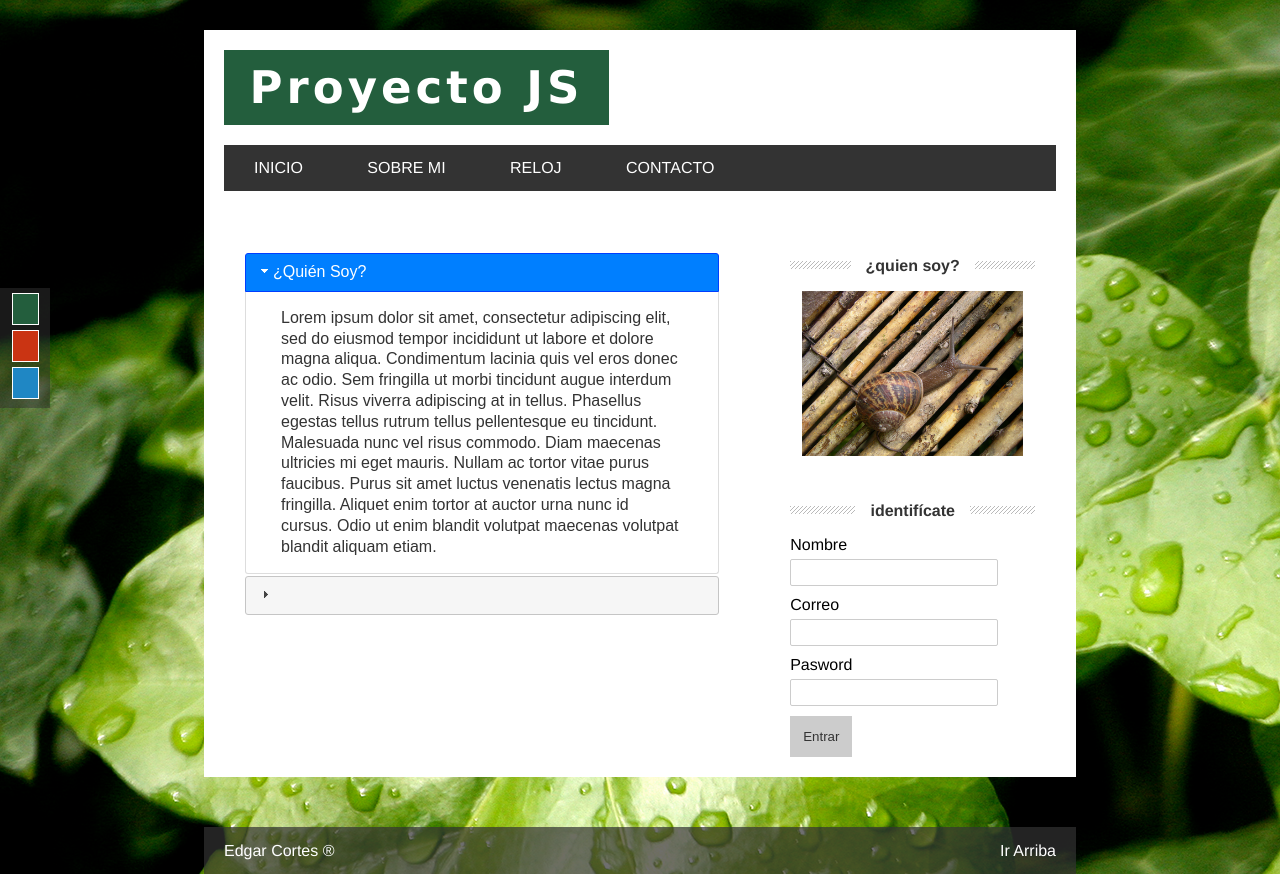
Repository: eucortes/demopage
Page: javascript/Proyecto/About.html
An editor plug-in stored every save of this project. The page is shown before and after the next save, followed by the edit.
The browser window is 1280 px wide. The pictures show the whole page.
Backgrounds fixed to the window are drawn as part of the page. Some web libraries are served in a nearby version.

Above is the page before, as saved 2019-09-24 18:38:11.

### javascript/Proyecto/About.html
<!DOCTYPE html>
<html lang="es">

<head>
    <meta charset="UTF-8">
    <meta name="viewport" content="width=device-width, initial-scale=1.0">
    <meta http-equiv="X-UA-Compatible" content="ie=edge">
    <!--
    <meta charset="ISO-8859-1">
         <meta http-equiv="Content-Type" content="text/html;charset=UTF-8" />
        <meta http-equiv="Content-Language" content="es" />
  -->
    <title>Proyecto con Javascript</title>
    <!--Estilos CSS-->
    <link rel="stylesheet" href="css/styles.css">
    <link rel="stylesheet" href="css/styles-about.css">
    <link id="theme" rel="stylesheet" href="css/green.css">
    <!--JQuery-->
    <script src="https://ajax.googleapis.com/ajax/libs/jquery/3.1.1/jquery.min.js"></script>

    <!--JQuery UI-->
    <link rel="stylesheet" href="js/jquery-ui/jquery-ui.min.css" />
    <link rel="stylesheet" href="js/jquery-ui/jquery-ui.structure.min.css" />
    <link rel="stylesheet" href="js/jquery-ui/jquery-ui.theme.min.css" />

    <script type="text/javascript" src="js/jquery-ui/jquery-ui.min.js"></script>




    <!--Mis Scripts-->
    <script type="text/javascript" src="js/about.js"></script>
</head>

<body>
    <div id='theme-selector'>
        <div id='to-green'></div>
        <div id='to-red'></div>
        <div id='to-blue'></div>
    </div>
    <section id='global'>
        <header>
            <div id='logo'>
                <h1>Proyecto JS</h1>
            </div>
            <div class='clearfix'></div>
            <nav id='menu'>
                <ul>
                    <li><a href="index.html">Inicio</a></li>
                    <li><a href="about.html">Sobre Mi</a></li>
                    <li><a href="#">Reloj</a></li>
                    <li><a href="#">Contacto</a></li>
                </ul>
            </nav>
        </header>
        <!--
    slider
-->

        <section id='content'>
            <div id='box'>
                <!--Cargar acordeon-->
                <div id='acordeon'>
                    <h3>¿Quién Soy?</h3>
                    <div>
                        <p>
                            Lorem ipsum dolor sit amet, consectetur adipiscing elit, sed do eiusmod tempor incididunt ut
                            labore et dolore magna
                            aliqua. Condimentum lacinia quis vel eros donec ac odio. Sem fringilla ut morbi tincidunt
                            augue interdum velit. Risus
                            viverra adipiscing at in tellus. Phasellus egestas tellus rutrum tellus pellentesque eu
                            tincidunt. Malesuada nunc vel
                            risus commodo. Diam maecenas ultricies mi eget mauris. Nullam ac tortor vitae purus
                            faucibus. Purus sit amet luctus
                            venenatis lectus magna fringilla. Aliquet enim tortor at auctor urna nunc id cursus. Odio ut
                            enim blandit volutpat
                            maecenas volutpat blandit aliquam etiam.
                        </p>
                    </div>
                    <h3></h3>
                    <h3></h3>

                </div>
            </div>
            <aside id='sidebar'>
                <div id='about'>
                    <h4><span>¿quien soy?</span></h4>
                    <img src="img/caracol.jpg" />
                    <p>Aliquam sem et tortor consequat id porta nibh venenatis. Neque volutpat ac tincidunt vitae
                        semper
                    </p>
                </div>
                <div id='login'>
                    <h4><span>identifícate</span></h4>
                    <form action="">
                        <label for='name'>Nombre</label>
                        <input type="text" name="name" id='form_name'>
                        <label for='email'>Correo</label>
                        <input type="text" name="email" id='form_email'>
                        <label for='password'>Pasword</label>
                        <input type="password" name="password" id='form_password'>
                        <input type="submit" value="Entrar" id='boton_entrar'>
                    </form>
                </div>
            </aside>
            <div class='clearfix'></div>
        </section>
    </section>
    <footer>
        Edgar Cortes ®
        <a href="#" class="subir">Ir Arriba</a>
    </footer>
</body>

</html>

### javascript/Proyecto/css/styles.css
* {
    margin: 0px;
    padding: 0px;
    list-style: none;
}

body {
    background: url('../img/hojas.jpg');
    background-attachment: fixed;
}

#global {
    width: 65%;
    margin: 0px auto;
    margin-top: 30px;
    padding: 20px;
    background: white;
    box-shadow: 0px, 0px, 2px, gray
}

#logo {
    font-family: "Verdana", "Arial";
    font-size: 30px;
    letter-spacing: 4px;
    line-height: 75px;
    background: #235e3d;
    color: white;
    text-align: center;
    width: 385px;
    height: 90;
    float: left;
    margin-bottom: 20px;
}

.clearfix {
    float: none;
    clear: both;
}

#menu {
    font-family: Helvetica, Arial, sans-serif;
    background: #333;
    text-transform: uppercase;
    margin-bottom: 20px;
}

#menu ul {
    line-height: 46px;
    list-style: none;
}

#menu ul li {
    height: 46px;
    display: inline-block;
    transition: all 300ms;
}

#menu ul li:hover {
    background: #235e3d;

}

#menu a {
    display: block;
    color: white;
    text-decoration: none;
    padding-left: 30px;
    padding-right: 30px;
}

#content {
    width: 95%;
    margin: 0px auto;
}

#posts {
    width: 60%;
    float: left;
    font-family: Helvetica, Arial, sans-serif
}

.post {
    padding: 7px;
}

.post h2 {
    font-size: 30;
    color: #333;

}

.post .fecha {
    display: block;
    color: gray;
    margin-top: 5px;
}

.post p {
    margin-top: 10px;
    margin-bottom: 20px;
    line-height: 22px;
    text-align: justify;
}

.button-more {
    font-size: 14px;
    text-align: center;
    display: block;
    padding: 15px;
    background: #235e3d;
    color: white;
    text-decoration: none;
    margin-top: 10px;
    width: 75px;
    margin-bottom: 20px;

}

#sidebar {
    font-family: Helvetica, Arial, sans-serif;
    width: 31%;
    float: right;

}

#sidebar h4 {
    margin-top: 50px;
    margin-bottom: 20px;
    text-align: center;
    line-height: 10px;
    color: #333;
    background: url("../img/lines.png") repeat-x;
}

#sidebar h4 span {
    background: white;
    padding: 15px;
}

#sidebar img {
    width: 90%;
    display: block;
    margin-left: auto;
    margin-right: auto;
}

#sidebar p {
    font-size: 15px;
    text-align: justify;
}
form input[type='text'],
form input[type='password'],
form input[type='email']{
    padding: 5px;
    border-radius: 2px;
    border: 1px solid #ccc;
    width: 80%;
    margin-bottom: 10px;
    margin-top: 5px;
}
form input[type='submit']{
    background: #ccc;
    padding: 10px;
    border: solid #ccc;
    color: #333;
    cursor: pointer;
}
footer{
    font-family: Helvetica, Arial, sans-serif;
    color: white;
    height: 47px;
    background: rgba(51,51,51,0.70);
    margin: 0px auto;
    width: 65%;
    padding-left: 20px;
    padding-right: 20px;
    margin-top: 50px;
    line-height: 47px;
}
.bx-wrapper, .bx-viewport{
    height: 250px !important;

}
#theme-selector{
    position: fixed;
    top:40%;
    background: rgba(51,51,51,0.5);
    width:50px;
    height: 120px;
}
#to-green,
#to-red,
#to-blue{
    width: 25px;
    height: 30px;
    border: 1px solid white;
    display: block;
   margin: 0px auto;
   margin-top: 5px;
   margin-bottom: 5px;
   cursor: pointer;
}
#to-green{
    background: #235e3d;
}
#to-red{
    background: #ca3413;
}#to-blue{
    background: #1f87c4;
}
.subir{
    color: white;
    text-decoration: none;
    display: block;
    float: right;

}

### javascript/Proyecto/css/styles-about.css
#box{
    width: 60%;
    float: left;
    margin-top: 40px;
}

### javascript/Proyecto/css/green.css
body {
    background: url('../img/hojas.jpg');
    background-attachment: fixed;
}

#logo {
    background: #235e3d;
}
#menu ul li:hover {
    background: #235e3d;
}

.button-more {
    background: #235e3d;
}

### javascript/Proyecto/js/about.js
$(document).ready(function () {

    //selector de tema
    let theme = $("#theme")

    $("#to-green").click(function () {
        theme.attr("href", "css/green.css")
    })
    $("#to-blue").click(function () {
        theme.attr("href", "css/blue.css")
    })
    $("#to-red").click(function () {
        theme.attr("href", "css/red.css")
    })

    //scroll arriba
    $(".subir").click(function (e) {
        e.preventDefault();
        $("html, body").animate({
            scrollTop: 0
        }, 500);
        return false;
    });

    //login false
    $("#login form").submit(function (e) {
        ///  $("boton_entrar").click(function(e){
        //     e.preventDefault()
        let form_name = $("#form_name").val();
        localStorage.setItem("form_name", form_name)
        //    console.log(form_name)

    })


    function ActualizaLogin() {
        let form_name = localStorage.getItem("form_name")
        if (form_name != null && form_name != undefined) {
            let about_parrafo = $("#about p")
            about_parrafo.html("<br><strong>Bienvenido " + form_name + "</strong><br>");
            about_parrafo.append("<a href='#' id='logout'>Cerrar Sesión</a>")
            $("#login").hide()
        } else {
            let about_parrafo = $("#about p")
            about_parrafo.html("");
            $("#login").show()

        }
    }
    ActualizaLogin()

    $("#logout").click(function (e) {
        e.preventDefault();
        localStorage.removeItem("form_name")
        //  location.reload
        ActualizaLogin()
        return false;
    })
    $("#acordeon").accordion()


})

Loaded but not shown: javascript/Proyecto/js/jquery-ui/jquery-ui.min.css (library); javascript/Proyecto/js/jquery-ui/jquery-ui.structure.min.css (library); javascript/Proyecto/js/jquery-ui/jquery-ui.theme.min.css (library); javascript/Proyecto/js/jquery-ui/jquery-ui.min.js (library)

After the next save:
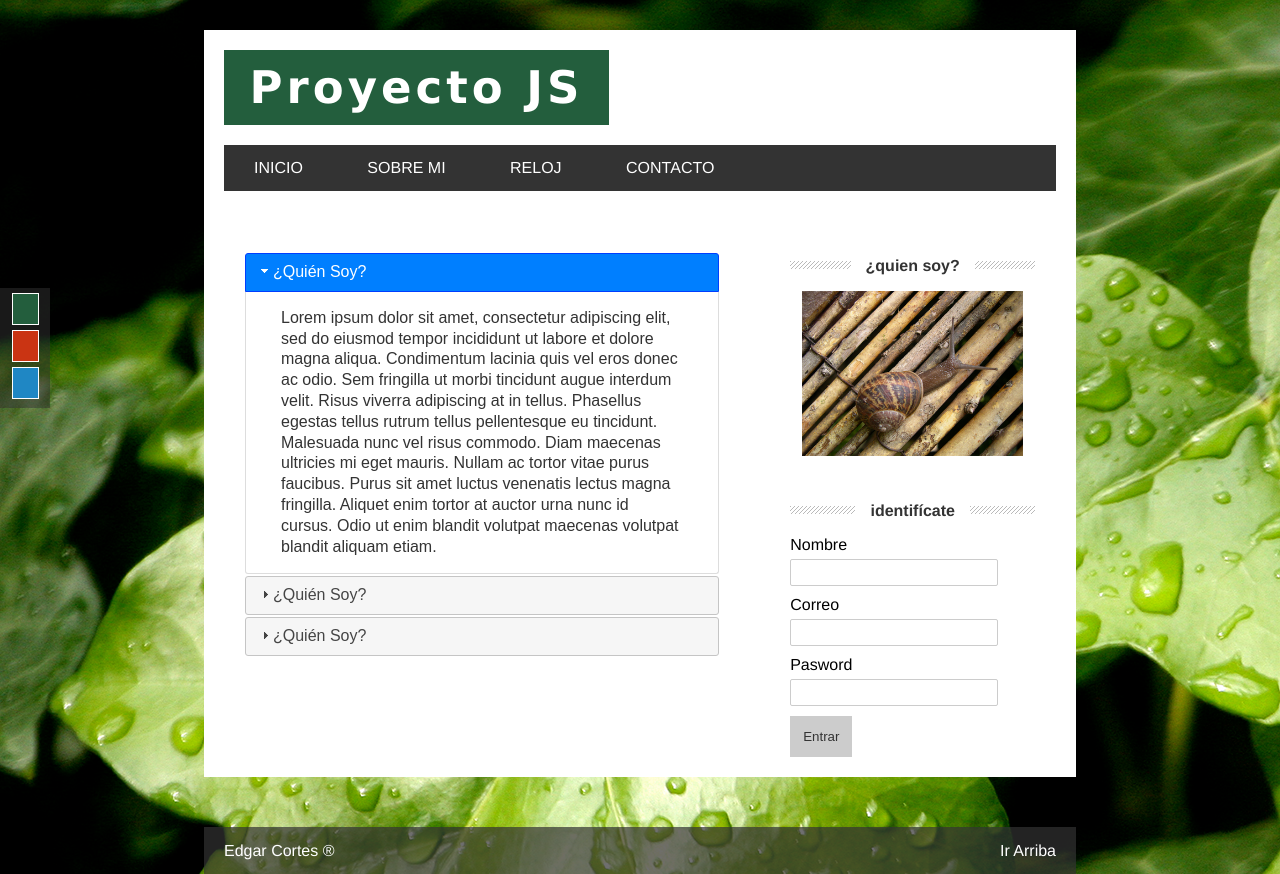
Saved 37 s later.
--- a/javascript/Proyecto/About.html
+++ b/javascript/Proyecto/About.html
@@ -77,8 +77,39 @@
                             maecenas volutpat blandit aliquam etiam.
                         </p>
                     </div>
-                    <h3></h3>
-                    <h3></h3>
+                    <h3>¿Quién Soy?</h3>
+                    <div>
+                        <p>
+                            Lorem ipsum dolor sit amet, consectetur adipiscing elit, sed do eiusmod tempor incididunt ut
+                            labore et dolore magna
+                            aliqua. Condimentum lacinia quis vel eros donec ac odio. Sem fringilla ut morbi tincidunt
+                            augue interdum velit. Risus
+                            viverra adipiscing at in tellus. Phasellus egestas tellus rutrum tellus pellentesque eu
+                            tincidunt. Malesuada nunc vel
+                            risus commodo. Diam maecenas ultricies mi eget mauris. Nullam ac tortor vitae purus
+                            faucibus. Purus sit amet luctus
+                            venenatis lectus magna fringilla. Aliquet enim tortor at auctor urna nunc id cursus. Odio ut
+                            enim blandit volutpat
+                            maecenas volutpat blandit aliquam etiam.
+                        </p>
+                    </div>
+                    <h3>¿Quién Soy?</h3>
+                    <div>
+                        <p>
+                            Lorem ipsum dolor sit amet, consectetur adipiscing elit, sed do eiusmod tempor incididunt ut
+                            labore et dolore magna
+                            aliqua. Condimentum lacinia quis vel eros donec ac odio. Sem fringilla ut morbi tincidunt
+                            augue interdum velit. Risus
+                            viverra adipiscing at in tellus. Phasellus egestas tellus rutrum tellus pellentesque eu
+                            tincidunt. Malesuada nunc vel
+                            risus commodo. Diam maecenas ultricies mi eget mauris. Nullam ac tortor vitae purus
+                            faucibus. Purus sit amet luctus
+                            venenatis lectus magna fringilla. Aliquet enim tortor at auctor urna nunc id cursus. Odio ut
+                            enim blandit volutpat
+                            maecenas volutpat blandit aliquam etiam.
+                        </p>
+                    </div>
+
 
                 </div>
             </div>
